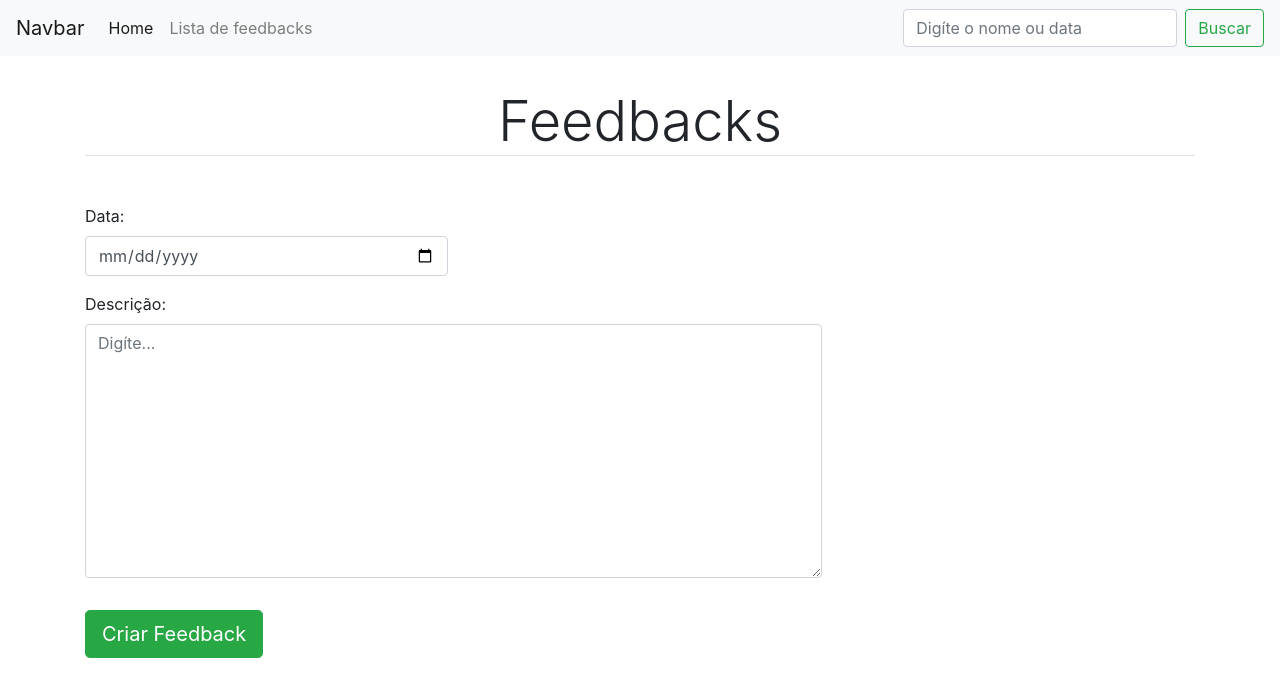
Repository: JulioSantooz/maisViagensSegundaVersao
Page: java-web(eclipse)/java-crud-mais-viagens/src/main/webapp/descricao.html
An editor plug-in stored every save of this project. The page is shown before and after the next save, followed by the edit.
The browser window is 1280 px wide. The pictures show the whole page.
Some web libraries are served in a nearby version.

Above is the page before, as saved 2022-02-06 15:21:59.

After the next save:
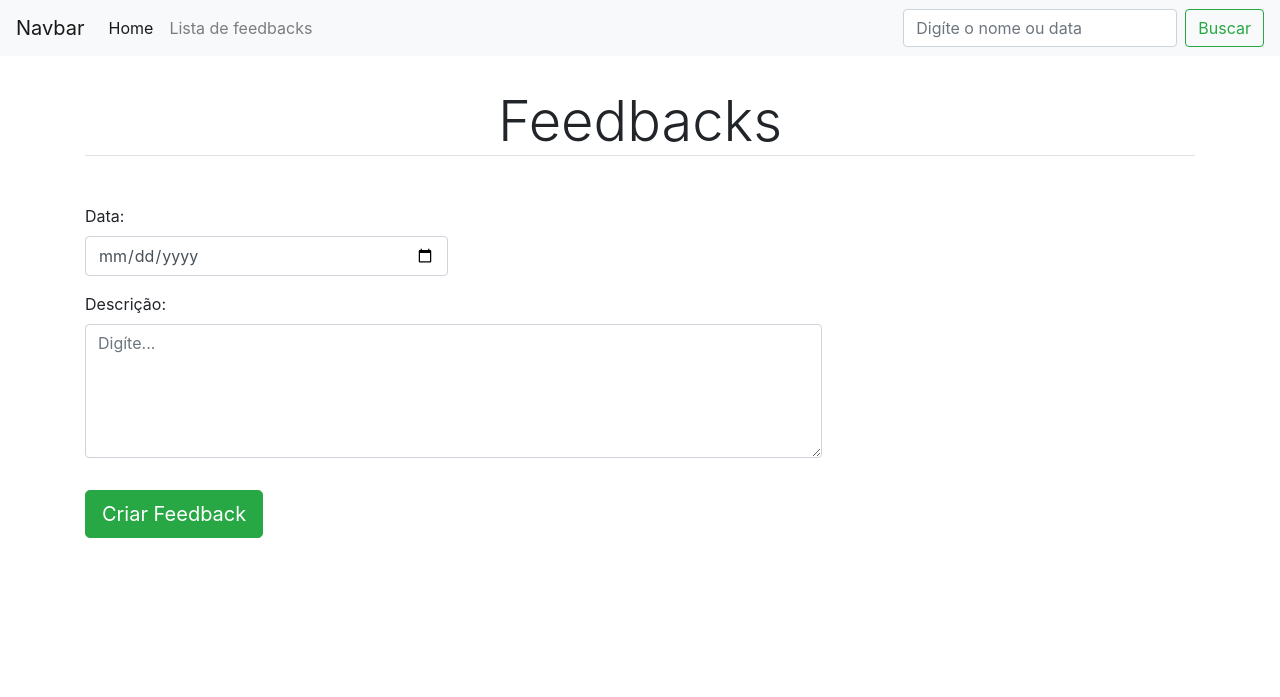
Saved 8 s later.
--- a/java-web(eclipse)/java-crud-mais-viagens/src/main/webapp/descricao.html
+++ b/java-web(eclipse)/java-crud-mais-viagens/src/main/webapp/descricao.html
@@ -41,7 +41,7 @@
                     </div>
                     <div class="form-group col-8">
                         <label for="" class="float-left">Descrição:</label>
-                        <textarea name="descricao" class="form-control" id="" rows="10" placeholder="Digíte..."></textarea>
+                        <textarea name="descricao" class="form-control" id="" rows="5" placeholder="Digíte..."></textarea>
                     </div>
                 </div>
                 <button type="submit" class="btn btn-lg btn-success my-3 float-left">Criar Feedback</button>
